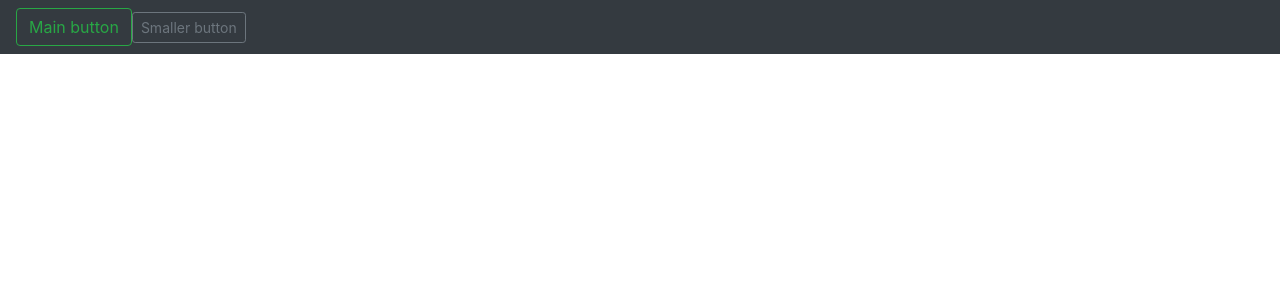
Repository: Code-Institute-Submissions/the_monkees-3
Page: index.html
The author's editor kept a record of every edit. The page is drawn from the files as they stood at one moment, then again after the next edit.
The browser window is 1280 px wide. The pictures show the whole page.

Above is the page before.

After the next edit:
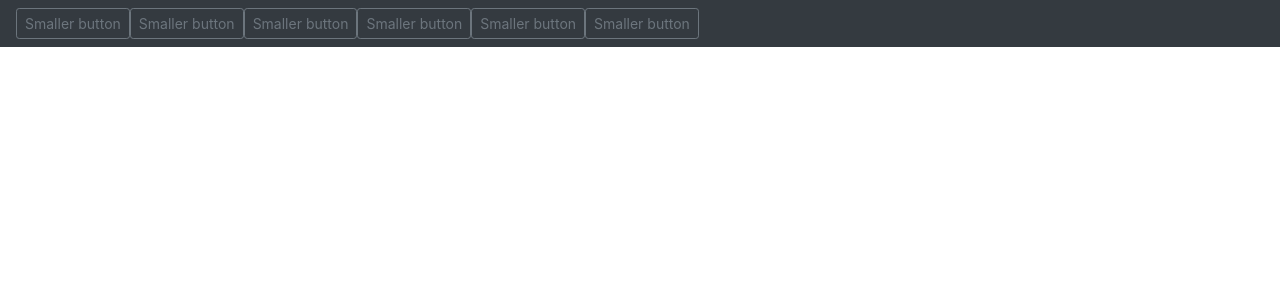
The edit:
--- a/index.html
+++ b/index.html
@@ -14,7 +14,11 @@
     <header>
        <nav class="navbar navbar-dark bg-dark">
   <form class="form-inline">
-    <button class="btn btn-outline-success" type="button">Main button</button>
+    <button class="btn btn-sm btn-outline-secondary" type="button">Smaller button</button>
+    <button class="btn btn-sm btn-outline-secondary" type="button">Smaller button</button>
+    <button class="btn btn-sm btn-outline-secondary" type="button">Smaller button</button>
+    <button class="btn btn-sm btn-outline-secondary" type="button">Smaller button</button>
+    <button class="btn btn-sm btn-outline-secondary" type="button">Smaller button</button>
     <button class="btn btn-sm btn-outline-secondary" type="button">Smaller button</button>
   </form>
 </nav>
